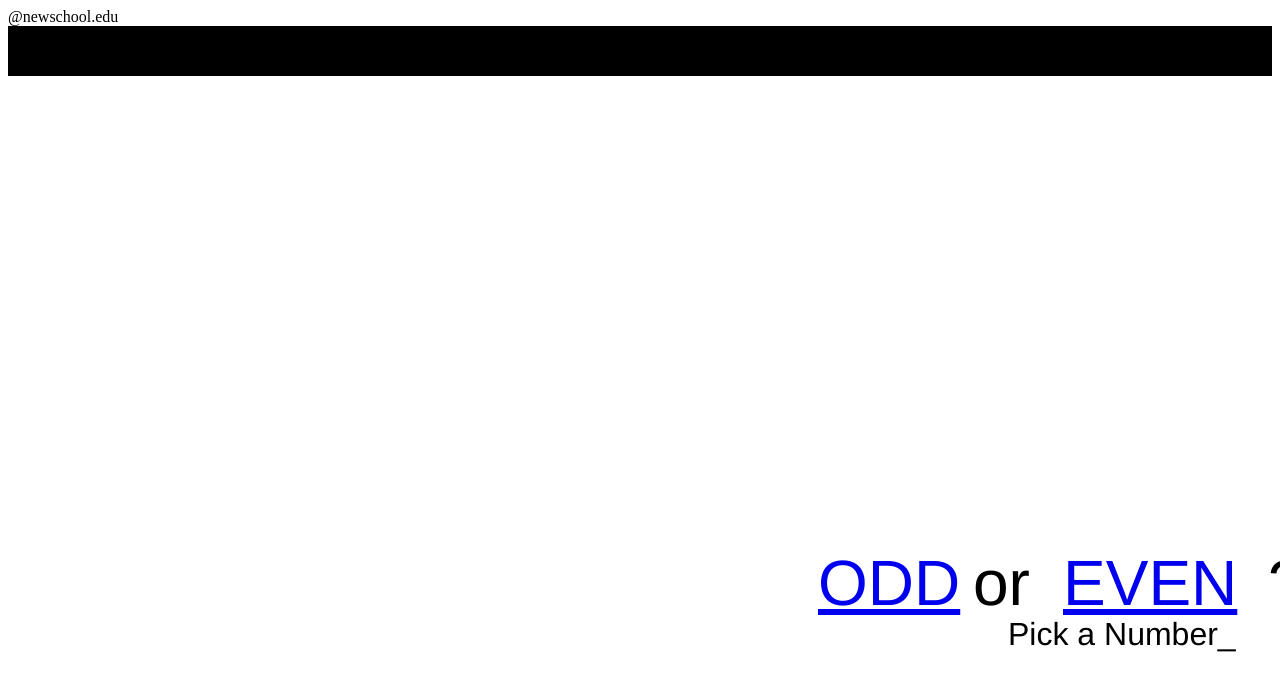
Repository: huanz488/huanz488-github.io
Page: archive/index.html
The author's editor kept a record of every edit. The page is drawn from the files as they stood at one moment, then again after the next edit.
The browser window is 1280 px wide. The pictures show the whole page.

Above is the page before.

### archive/index.html
<html>
    <head>
        <link href="app.css" rel="stylesheet" type="text/css" />
    </head>

    <body>
        <div class="edu">@newschool.edu</div>
        <div class="odd"><a href="odd.html">ODD</a></div>
        <div class="or">or</div>
        <div class="even"><a href="even.html">EVEN</a></div>
        <div class="question">?</div>
        <div class="word-wrapper"></div>
        <div class="pickanumber">Pick a Number_</div>
        <div class="border"></div>
    </body>
</html>

### archive/app.css
/*body{*/
/*background: url(image/background.jpg);*/
/*filter:"progid:DXImageTransform.Microsoft.AlphaImageLoader(sizingMethod='scale')";*/
/*-moz-background-size:100% 100%;*/
/*background-size:100% 100%;*/
/*}*/

.word-wrapper{
    display:inline-block;
    margin:center;
}

.odd{
background-repeat: no-repeat;
font-family: 'helvetica';
position:absolute;
font-size: 400%;
margin-left: 810px;
margin-top: 520px;
text-decoration: none;
}

.or{
text-align: -webkit-match-parent;
font-family: 'helvetica';
font-size: 400%;
position:absolute;
margin-left: 965px;
margin-top: 520px;
text-decoration: none;
}

.even{
text-align: -webkit-match-parent;
font-family: 'helvetica';
font-size: 400%;
position:absolute;
margin-left: 1055px;
margin-top: 520px;
text-decoration: none;
}

.question{
text-align: -webkit-match-parent;
font-family: 'helvetica';
font-size: 400%;
position:absolute;
margin-left: 1260px;
margin-top: 520px;
text-decoration: none;
}

.pickanumber{
text-align: -webkit-match-parent;
font-family: 'helvetica';
font-size: 200%;
position:absolute;
margin-left: 1000px;
margin-top: 590px;
text-decoration: none;
}

a:-webkit-any-link {
  color: -webkit-link;
  text-decoration: underline;
  cursor: auto;
}

.border{
  border-bottom-style: solid;
  border-bottom-width: 25px;
  border-left-style: solid;
  border-left-width: 25px;
  border-right-style: solid;
  border-right-width: 25px;
  border-top-style: solid;
  border-top-width: 25px;

After the next edit:
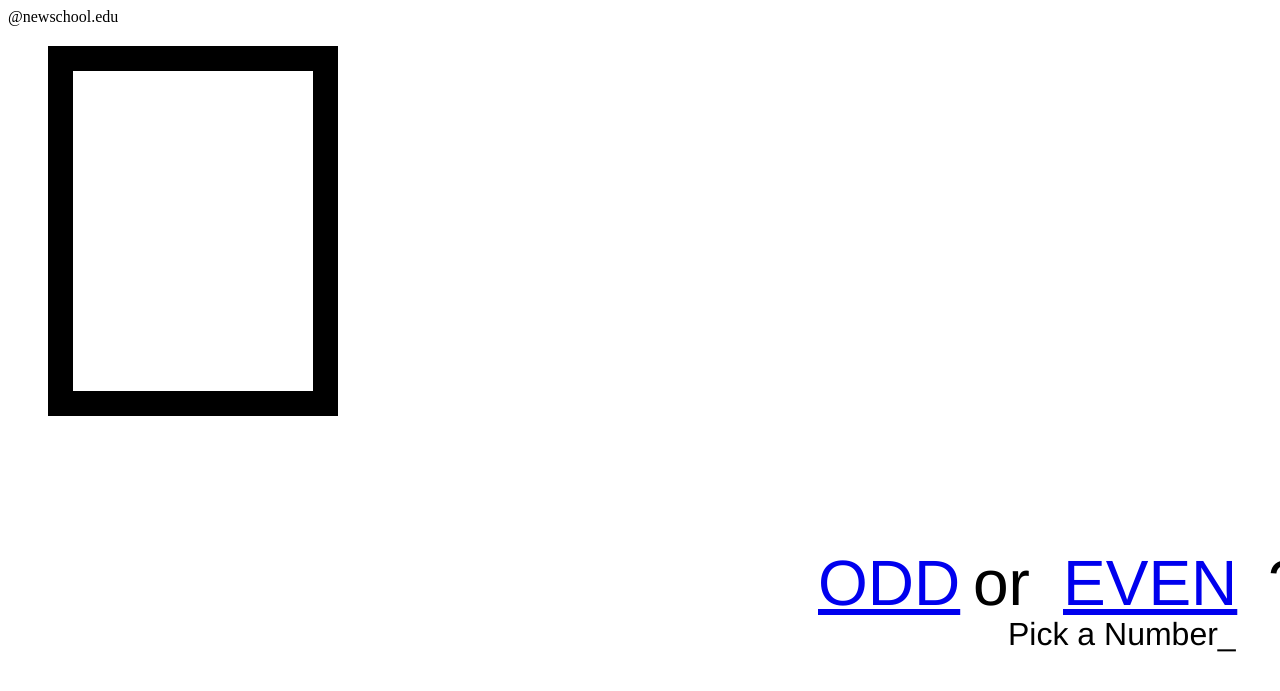
The edit:
--- a/archive/app.css
+++ b/archive/app.css
@@ -67,11 +67,19 @@
 }
 
 .border{
+vertical-align: -webkit-baseline-middle;
+  margin-top: 20px;
+  margin-bottom: 20px;
+  margin-left: 40px;
+  margin-right: 40px;
+  border-top-width: 25px;
+  border-right-width: 25px;
+  border-bottom-width: 25px;
+  border-left-width: 25px;
+  border-top-style: solid;
+  border-right-style: solid;
   border-bottom-style: solid;
-  border-bottom-width: 25px;
   border-left-style: solid;
-  border-left-width: 25px;
-  border-right-style: solid;
-  border-right-width: 25px;
-  border-top-style: solid;
-  border-top-width: 25px;
+  width: 240px;
+  height: 320px;
+}
